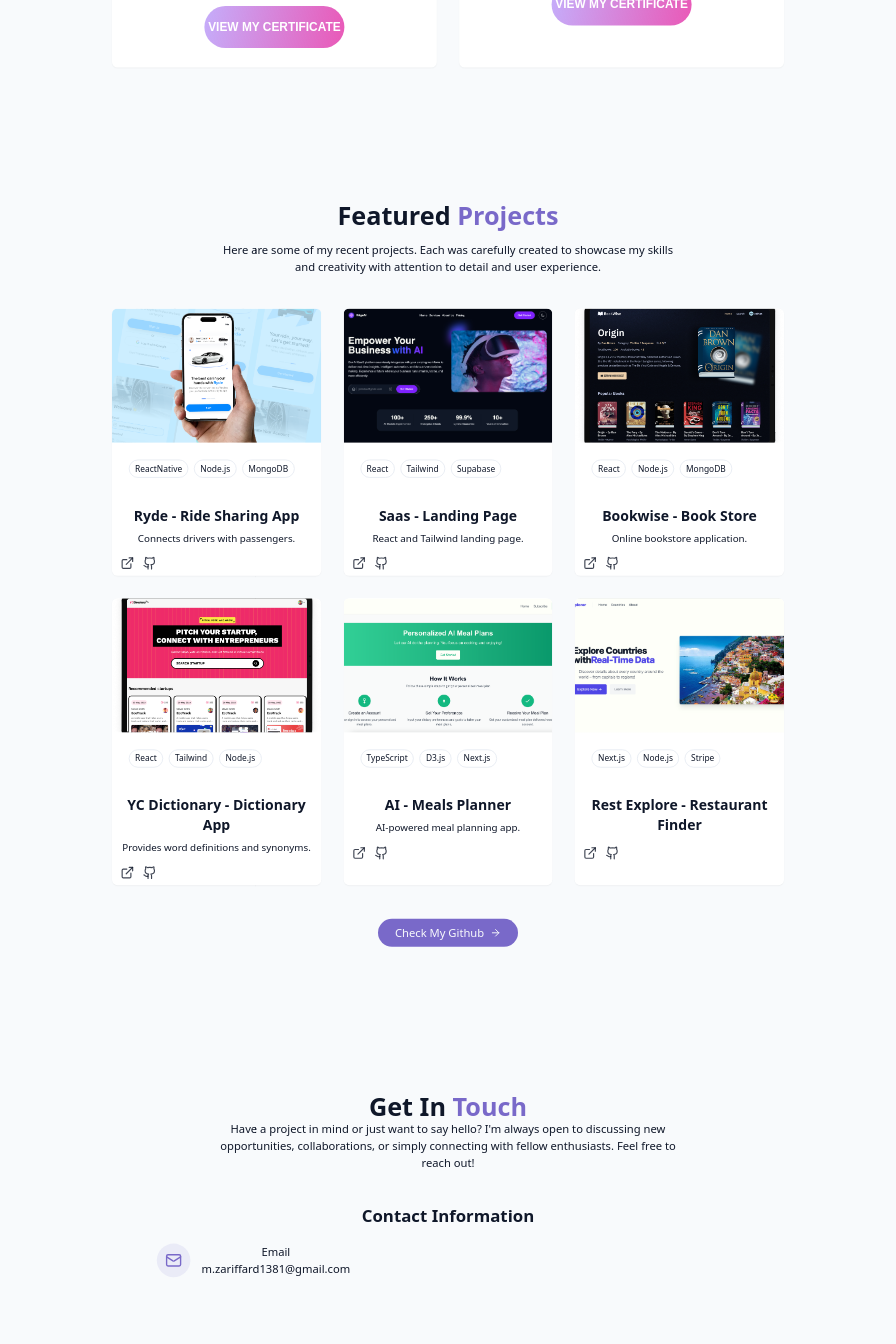
Repository: mOzariffard/Portfolio
Page: /
An editor plug-in stored every save of this project. The page is shown before and after the next save, followed by the edit.
The browser window is 1280 px wide. The pictures show the part of the page from y = 3792 to 5712 px (the page is 5712 px tall), at 70% of full size.
The project was rebuilt for these pictures with package versions that can differ from the ones it lists, and the page was loaded fresh each time. Also part of the build but not shown: vite.config.js, src/pages/NotFound.jsx.

Above is the page before, as saved 2025-06-30 17:29:51.

### src/App.jsx
import  Home from "./pages/Home"
import { BrowserRouter, Route, Routes } from "react-router-dom"
import NotFound from "./pages/NotFound"


function App() {

  return (
    <>
    <BrowserRouter>
    <Routes>
      <Route index element={<Home />} />
      <Route path="*" element={<NotFound />} />
    </Routes>
    </BrowserRouter>
    </>
  )
}

export default App

### src/pages/Home.jsx
import React from 'react'
import ThemeToggle from '@/components/ThemeToggle'
import StartBackground from '@/components/StartBackground'
import Navbar from '@/components/Navbar'
import HeroSection from '@/components/HeroSection'
import AboutSection from '@/components/AboutSection'
import SkillsSection from '@/components/SkillsSection'
import ProjectSection from '@/components/ProjectSection'
import CertificateSection from '../components/CertificateSection'
import ContactSection from '../components/ContactSection'

const Home = () => {
  return (
    <div className='min-h-screen bg-background text-foreground overflow-x-hidden'>
        {/*----------------Theme Toggle----------------*/}
        <ThemeToggle />
        {/*----------------Background Effects----------------*/}
        <StartBackground/>
        {/*----------------Nav Bar----------------*/}
        <Navbar/>
        {/*----------------Main Content----------------*/}
        <main>
        <HeroSection />
        <AboutSection />
        <SkillsSection />
        <CertificateSection />
        <ProjectSection />
        <ContactSection />
        </main>
        {/*----------------Footer----------------*/}


    </div>
  )
}

export default Home

### src/components/ThemeToggle.jsx
import React, { useEffect, useState } from 'react'
import { Sun, Moon } from 'lucide-react'
import { cn } from '@/lib/utils';
const ThemeToggle = () => {
    const [isDarkMode, setIsDarkMode]= useState(false);

    useEffect(()=>{
        const storedTheme= localStorage.getItem('theme');
        if(storedTheme=== 'dark'){
            setIsDarkMode(true);
            document.documentElement.classList.add('dark');
        }else{
            localStorage.setItem('theme', 'light');
            setIsDarkMode(false);
        }
    },[])
    const toggleTheme=()=>{
        if(isDarkMode){
            document.documentElement.classList.remove('dark');
            localStorage.setItem('theme', 'light');
            setIsDarkMode(false);
        }else{
            document.documentElement.classList.add('dark');
            localStorage.setItem('theme', 'dark');
            setIsDarkMode(true);
        }
    }
  return (
    <button onClick={toggleTheme} className={cn(
        "fixed max-sm:hidden top-5 right-5 z-50 p-2 rounded-full transition-colors duration-300",
        "focus:outline-hidden")}>
        {isDarkMode ? <Sun className='h-6 w-6 text-yellow-300'/> : <Moon className='h-6 w-6 text-blue-900' />}
    </button>
  )
}

export default ThemeToggle

### src/components/StartBackground.jsx
import React, { useEffect, useState } from 'react'

// START has
// ID , SIZE , X , Y , OPACITY , ANIMATION DURATION
// METEOR has
// ID , SIZE , X , Y , DELAY , DURATION

const StartBackground = () => {
    const [stars,setStars]=useState([]);
    const [meteors,setMeteors]=useState([]);

    useEffect(()=>{
        generateStars();
        generateMeteors();

        const handleResize = ()=>{
            generateStars();
        };

        window.addEventListener('resize', handleResize);

        return ()=> window.removeEventListener('resize', handleResize);

    },[])

    const generateStars = () =>{
        const numbersOfStars = Math.floor(window.innerWidth * window.innerHeight /10000);

        const newStars=[];

        for(let i=0; i<numbersOfStars; i++){
            newStars.push({
                id: i,
                size: Math.random()* 3 + 1,
                x: Math.random()*100 ,
                y:  Math.random()*100,
                opacity: Math.random()*0.5 +0.5 ,
                animationDuration: Math.random()*4+2 ,
            });
        }

        setStars(newStars);
    };

    const generateMeteors = () =>{
        const numbersOfMeteors = 4;

        const newMeteors=[];

        for(let i=0; i<numbersOfMeteors; i++){
            newMeteors.push({
                id: i,
                size: Math.random()* 2 + 1,
                x: Math.random()* 100 ,
                y:  Math.random()* 20,
                delay: Math.random()* 15 ,
                animationDuration: Math.random()*3+3 ,
            });
        }

        setMeteors(newMeteors);
    };


  return (
    <div className='fixed inset-0 overflow-hidden pointer-events-none z-0 '>
        {stars.map((star)=>(
            <div
            key={star.id}
                className='star animate-pluse-subtle' style={{
                width:`${star.size}px` ,
                height: `${star.size}px`,
                left: `${star.x}%`,
                top: `${star.y}%`,
                opacity:`${star.opacity}` ,
                animationDuration: `${star.animationDuration}s`
            }} />
        ))}

        {meteors.map((meteor)=>(
            <div
            className='meteor animate-meteor'
            key={meteor.id}
            style={{
                width: `${meteor.size* 50}px`,
                height: `${meteor.size * 2}px`,
                left: `${meteor.x}%`,
                top: `${meteor.y}%`,
                animationDelay: `${meteor.delay}`,
                animationDuration: `${meteor.duration}s`
            }}
            />
        ))}
    </div>
  )
}

export default StartBackground

### src/components/Navbar.jsx
import React, { useState, useEffect } from 'react';
import { cn } from '@/lib/utils';
import { X , Menu } from 'lucide-react';

const navItems = [
    { name: 'Home', href: '#hero' },
    { name: 'About', href: '#about' },
    { name: 'Contact', href: '#contact' },
    { name: 'Certificates', href: '#certificates' },
    { name: 'Skills', href: '#skills' },
    { name: 'Projects', href: '#projects' },
];

const Navbar = () => {
    const [isScrolled, setIsScrolled] = useState(false);
    const [isMenuOpen, setIsMenuOpen] = useState(false);

    useEffect(() => {
        const handleScroll = () => {
            setIsScrolled(window.scrollY > 10);
        };

        window.addEventListener('scroll', handleScroll);

        return () => window.removeEventListener('scroll', handleScroll);
    }, []);

    return (
        <nav
            className={cn(
                'fixed w-full z-40 transition-all duration-300',
                isScrolled ? 'py-3 bg-background/80 backdrop-blur-md shadow-xs' : 'py-6'
            )}
        >
            <div className="container flex items-center justify-between">
                <a href="#hero" className="text-xl font-bold text-primary flex items-center">
                    <span className="relative z-10">
                        <span className="text-glow text-foreground">mOzariffard</span> Portfolio
                    </span>
                </a>

                {/* DESKTOP NAV */}
                <div className="hidden md:flex space-x-6">
                    {navItems.map((item, key) => (
                        <a
                            key={key}
                            href={item.href}
                            className="text-foreground/80 hover:text-primary transition-colors duration-300"
                        >
                            {item.name}
                        </a>
                    ))}
                </div>

                {/* MOBILE NAV */}
                <button onClick={() => setIsMenuOpen((prev)=> !prev)}
                className='md:hidden p-2 text-foreground z-50'
                aria-label={!isMenuOpen ? 'Close Menu': 'Open Menu'}
                >
                {isMenuOpen ? <X size={24} /> : <Menu size={24} />}
                </button>

                <div
                    className={cn(
                        'fixed inset-0 bg-background/90 backdrop-blur-md z-40 flex flex-col items-center justify-center',
                        'transition-all duration-300 md:hidden',
                        isMenuOpen ? 'opacity-100 pointer-events-auto' : 'opacity-0 pointer-events-none'
                    )}
                >
                    <div className="flex flex-col space-y-8 text-xl">
                        {navItems.map((item, key) => (
                            <a
                                key={key}
                                href={item.href}
                                className="text-foreground/80 hover:text-primary transition-colors duration-300"
                                onClick={() => setIsMenuOpen(false)}
                            >
                                {item.name}
                            </a>
                        ))}
                    </div>
                </div>
            </div>
        </nav>
    );
};

export default Navbar;

### src/components/HeroSection.jsx
import { ArrowDown } from 'lucide-react'
import React from 'react'

const HeroSection = () => {
  return (
    <section id='hero' className='relative min-h-screen flex flex-col items-center justify-center px-4'>
        <div className='container max-w-4xl mx-auto text-center z-10'>
            <div className='space-y-6'>
                <h1 className='text-4xl md:text-6xl font-bold tracking-tight'>
                <span className='opacity-0 animate-fade-in' >Hi, I'm</span>
                <span className='text-primary opacity-0 animate-fade-in-delay-1'> Reza</span>
                <span className='text-gradient ml-2 opacity-0 animate-fade-in-delay-2'> Zariffard</span>
                </h1>
                <p className='text-lg md:text-xl text-muted-foreground max-2-2xl mx-auto opacity-0 animate-fade-in-delay-3'>
                    I create steller web experiences with modern technologies.
                    Specializing in front-end development, I build intesfacet
                    that are both beautiful and functional.
                </p>
                <div className='pt-4 opacity-0 animate-fade-in-delay-4'>
                    <a href="#projects" className='cosmic-button'> View My Work</a>
                </div>
            </div>
        </div>

        <div className='absolute bottom-8 left-1/2 transform -translate-x-1/2 flex flex-col items-center animate-bounce'>
        <span className='text-sm text-muted-forgeround mb-2'> Scroll</span>
        <ArrowDown className='h-5 w-5 text-primary'/>
        </div>
    </section>
  )
}

export default HeroSection

### src/components/SkillsSection.jsx
import React, { useState, useEffect } from 'react'
import {cn} from '@/lib/utils';
import CountUp from 'react-countup';

const skills = [
  // Frontend Skills
  {name: 'HTML/CSS', level: 95, category: 'frontend'},
  {name: 'JavaScript', level: 95, category: 'frontend'},
  {name: 'React', level: 80, category: 'frontend'},
  {name: 'TypeScript', level: 78, category: 'frontend'},
  {name: 'Tailwind CSS', level: 90, category: 'frontend'},
  {name: 'Next.js', level: 70, category: 'frontend'},
  {name: 'Redux', level: 60, category: 'frontend'},
  // Backend Skills
  {name: 'Node.js', level: 78, category: 'backend'},
  {name: 'Express', level: 70, category: 'backend'},
  {name: 'MongoDB', level: 67, category: 'backend'},
  {name: 'GraphQL', level: 65, category: 'backend'},
  {name: 'PostgreSQL', level: 60, category: 'backend'},
  // Tools Skills
  {name: 'Git/Github', level: 90, category: 'tools'},
  {name: 'Docker', level: 60, category: 'tools'},
  {name: 'Figma', level: 85, category: 'tools'},
  {name: 'VS Code', level: 95, category: 'tools'},
];

const categories = ['all', 'frontend', 'backend', 'tools'];

// Individual Skill Item Component
const SkillItem = ({ skill, index, isVisible }) => {
  const [animatedWidth, setAnimatedWidth] = useState(0);

  useEffect(() => {
    if (isVisible) {
      // Small delay for staggered animation
      const timer = setTimeout(() => {
        setAnimatedWidth(skill.level);
      }, index * 100);

      return () => clearTimeout(timer);
    } else {
      setAnimatedWidth(0);
    }
  }, [isVisible, skill.level, index]);

  return (
    <div className='bg-card p-6 rounded-lg shadow-xs card-hover'>
      <div className='text-left mb-4'>
        <h3 className='font-semibold text-lg'>{skill.name}</h3>
      </div>

      {/* SKILLS PROGRESS BAR */}
      <div className='w-full bg-secondary/50 h-2 rounded-full overflow-hidden'>
        <div
          className='bg-primary h-2 rounded-full origin-left transition-all duration-2000 ease-out'
          style={{
            width: `${animatedWidth}%`,
            transitionDelay: `${index * 100}ms`
          }}
        />
      </div>

      <div className='text-right mt-1'>
        <span className='text-sm font-semibold text-muted-foreground'>
          {isVisible ? (
            <CountUp
              end={skill.level}
              duration={2.5}
              delay={index * 0.1}
            />
          ) : 0}%
        </span>
      </div>
    </div>
  );
};

const SkillsSection = () => {
  const [activeCategory, setActiveCategory] = useState('all');
  const [isVisible, setIsVisible] = useState(false);

  const filteredSkills = skills.filter((skill) =>
    activeCategory === 'all' || skill.category === activeCategory
  );

  useEffect(() => {
    // Trigger animation when component mounts or category changes
    setIsVisible(false);
    const timer = setTimeout(() => {
      setIsVisible(true);
    }, 100);

    return () => clearTimeout(timer);
  }, [activeCategory]);

  return (
    <section id='skills' className='py-24 px-4 relative bg-secondary/30'>
      {/* CONTAINER OF SKILLS */}
      <div className='container mx-auto max-w-5xl'>
        <h2 className='text-3xl md:text-4xl font-bold mb-12 text-center'>
          My <span className='text-primary'> Skills </span>
        </h2>

        {/* CATEGORIES OF SKILLS */}
        <div className='flex flex-wrap justify-center gap-4 mb-12'>
          {categories.map((category, index) => (
            <button
              key={index}
              onClick={() => setActiveCategory(category)}
              className={cn(
                'px-5 py-2 rounded-full transition-colors duration-300 capitalize',
                activeCategory === category
                  ? 'bg-primary text-primary-foreground'
                  : 'bg-secondary/70 text-foreground hover:bg-secondary'
              )}
            >
              {category}
            </button>
          ))}
        </div>

        {/* ITEMS OF SKILLS */}
        <div className='grid grid-cols-1 sm:grid-cols-2 lg:grid-cols-3 gap-6'>
          {filteredSkills.map((skill, index) => (
            <SkillItem
              key={`${skill.name}-${activeCategory}`}
              skill={skill}
              index={index}
              isVisible={isVisible}
            />
          ))}
        </div>
      </div>
    </section>
  )
}

export default SkillsSection

### src/components/CertificateSection.jsx
import React from 'react'

const certificates=[
  {
    id: 1,
    title: 'JavaScript: The Hard Parts, v2',
    description: 'Certified in full and more detail of JavaScript.',
    url: 'https://static.frontendmasters.com/ud/c/e0f3185036/fjjCYVxYTO/javascript-hard-parts-v2.pdf',
    issuedBy: 'Frontend Masters',
    dateIssued: '2023 Jan 30'
  },

  {

    id: 2,
    title: 'Deep JavaScript Foundations, v3',
    description: 'Certified in full and more detail of JavaScript, and functions of JavaScript .',
    url: 'https://static.frontendmasters.com/ud/c/e0f3185036/OnFYbrRoyf/deep-javascript-v3.pdf',
    issuedBy: 'Frontend Masters',
    dateIssued: 'Feb 10, 2025'
  },

  {
    id: 3,
    title: 'Everything You Will Need to Know About Git and GitHub',
    description: 'Certified in full about Git and Github.',
    url: 'https://static.frontendmasters.com/ud/c/e0f3185036/tNgMJoASup/everything-git.pdf',
    issuedBy: 'Frontend Masters',
    dateIssued: 'Feb 25, 2025'
  },

  {
    id: 4,
    title: 'Complete Intro to React, v9',
    description: 'Certified in full about React.',
    url: 'https://static.frontendmasters.com/ud/c/e0f3185036/hixpadIGiV/complete-react-v9.pdf',
    issuedBy: 'Frontend Masters',
    dateIssued: 'Feb 22, 2025'
  },

  {
    id: 5,
    title: 'Vanilla JS: You Might Not Need a Framework',
    description: 'Certified in full about Vanilla.js.',
    url: 'https://static.frontendmasters.com/ud/c/e0f3185036/wQwRoiyplO/vanilla-js-apps.pdf',
    issuedBy: 'Frontend Masters',
    dateIssued: ' Mar 1, 2025'
  },

  {
    id: 6,
    title: 'Ultimate CSS Grid & Layout Techniques, v3',
    description: 'Certified in full about CSS Grid and Layout Techniques.',
    url: 'https://static.frontendmasters.com/ud/c/e0f3185036/rZsEMefivz/css-grid.pdf',
    issuedBy: 'Frontend Masters',
    dateIssued: 'Mar 5, 2025'
  },

  {
    id: 7,
    title: 'Full Stack for Front-End Engineers, v3',
    description: 'Certified in full of the all part of Front-End Engineers .',
    url: 'https://static.frontendmasters.com/ud/c/e0f3185036/pApqiQbIWA/fullstack-v3.pdf',
    issuedBy: 'Frontend Masters',
    dateIssued: 'Mar 17, 2025'
  },

  {
    id: 8,
    title: 'Advanced Web Development Quiz',
    description: 'Certified in full about Advanced Web Development.',
    url: 'https://static.frontendmasters.com/ud/c/e0f3185036/jAQKBnHoVn/web-dev-quiz.pdf',
    issuedBy: 'Frontend Masters',
    dateIssued: 'Feb 25, 2025'
  }
]



const CertificateSection = () => {
  return (
   <section id='certificates' className='py-24 px-4 sm:px-6 lg:px-8 bg-secondary/30'>
    <div className='container mx-auto max-w-5xl'>
      <h2 className='text-3xl md:text-4xl font-bold mb-12 text-center'>
        My <span className='text-primary'> Certificates </span>
      </h2>
      {/* BOX OF CERTIFICATE */}

      <div className='grid sm:grid-cols-1 md:grid-cols-2 ls: grid-cols-3 gap-8'>
          {certificates.map((certificate , index)=>(
            <div className='group bg-card rounded-lg overflow-hidden shadow-xs card-hover'>
            <div className='h-50 overflow-hidden'>
              <h1 className='text-2xl font-bold text-center mb-4 p-4 bg-secondary/50 text-secondary-foreground'>
                {certificate.title}
              </h1>

              <div className='flex flex-col items-center justify-center ga-3'>
                <a href={certificate.url} target='_blank' className=' certificate-btn font-semibold'>
                  View My Certificate
                </a>
              </div>

             </div>
            </div>

          ))}
      </div>

    </div>
   </section>
  )
}

export default CertificateSection

### src/components/ContactSection.jsx
import { Mail } from 'lucide-react'
import React from 'react'

const ContactSection = () => {
  return (
    <section id='contact' className='py-24 px-4 relative bg-scondary/30'>
        {/* CONTACT HEADER */}
        <div className='container mx-auto max-w-4xl text-center'>
         <h2 className='text-3xl md:text-4xl font-bold mt-4 text-center'>
            Get In <span className='text-primary'> Touch</span>
         </h2>

         <p className='text-center text-muted-foreground mb-12 max-w-2xl mx-auto'>
            Have a project in mind or just want to say hello?
            I'm always open to discussing new opportunities,
            collaborations, or simply connecting with fellow
            enthusiasts. Feel free to reach out!
         </p>

         {/*  CONTACT ITEMS */}
         <div className='gird grid-cols-1 md:grid-cols-2 gap-12'>

            <div className='space-y-8 items-start'>
                <h3 className='text-2xl font-semibold mb-6 '> Contact Information </h3>

                <div className='space-y-6 justify-center'>

                    <div className='flex items-start space-x-4'>

                        <div className='p-3 rounded-full bg-primary/10'>
                        <Mail className='w-6 h-6 text-primary' />
                        </div>
                        <div>
                            <h4 className='font-medium'> Email </h4>
                            <a href="mailto:m.zariffard1381@gmail.com" className='text-muted-foreground hover:text-primary transition-colors'>
                            m.zariffard1381@gmail.com
                            </a>
                        </div>
                    </div>
                </div>
            </div>
         </div>
        </div>

    </section>
  )
}

export default ContactSection

Loaded but not shown: index.html (common file); src/main.jsx (common file); src/lib/utils.js (8 lines, source omitted); src/components/ProjectSection.jsx (166 lines, source omitted); src/components/AboutSection.jsx (128 lines, source omitted); src/index.css (219 lines, source omitted)

After the next save:
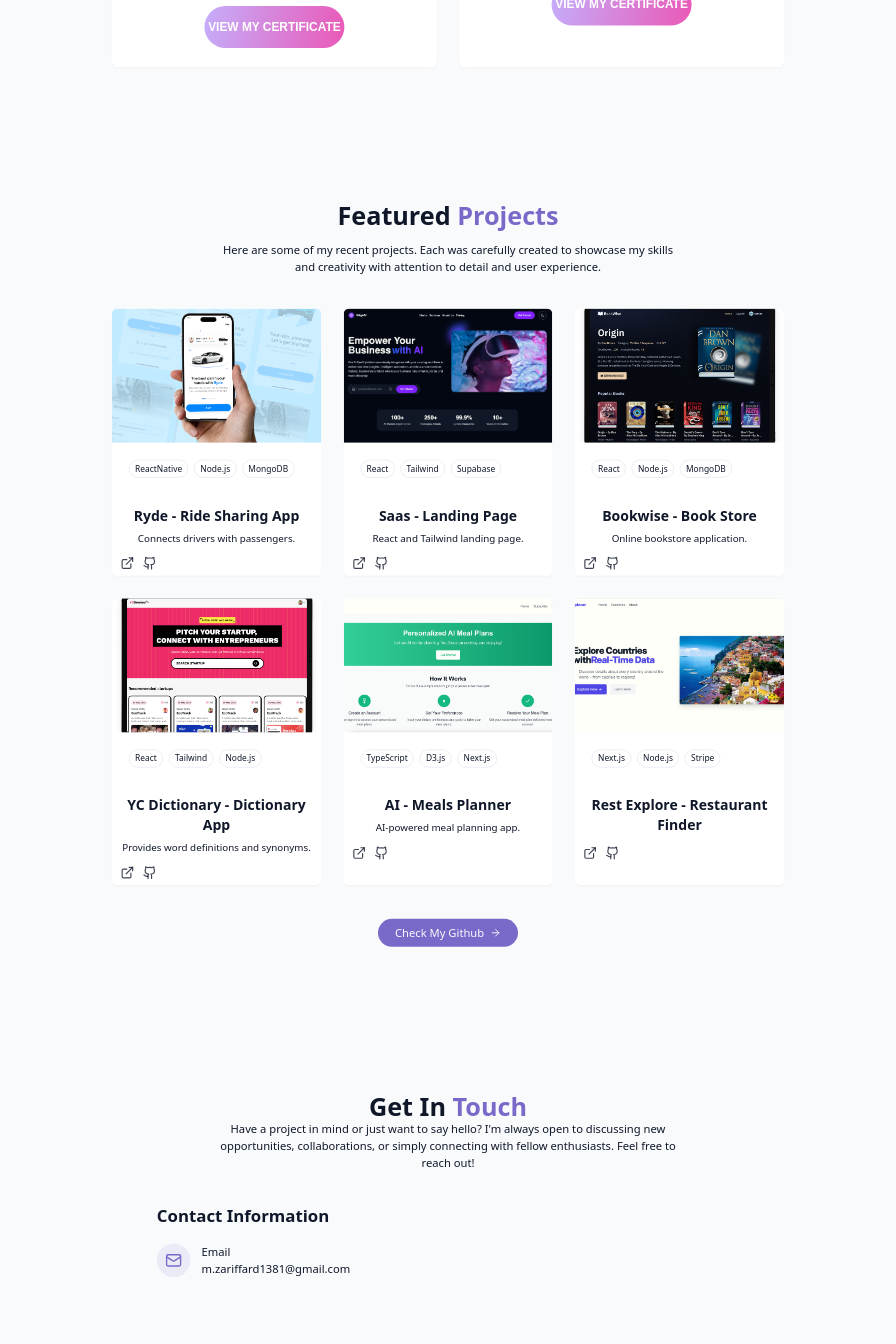
Saved 9 s later.
--- a/src/components/ContactSection.jsx
+++ b/src/components/ContactSection.jsx
@@ -20,7 +20,7 @@ const ContactSection = () => {
          {/*  CONTACT ITEMS */}
          <div className='gird grid-cols-1 md:grid-cols-2 gap-12'>
 
-            <div className='space-y-8 items-start'>
+            <div className='space-y-8 text-start'>
                 <h3 className='text-2xl font-semibold mb-6 '> Contact Information </h3>
 
                 <div className='space-y-6 justify-center'>
